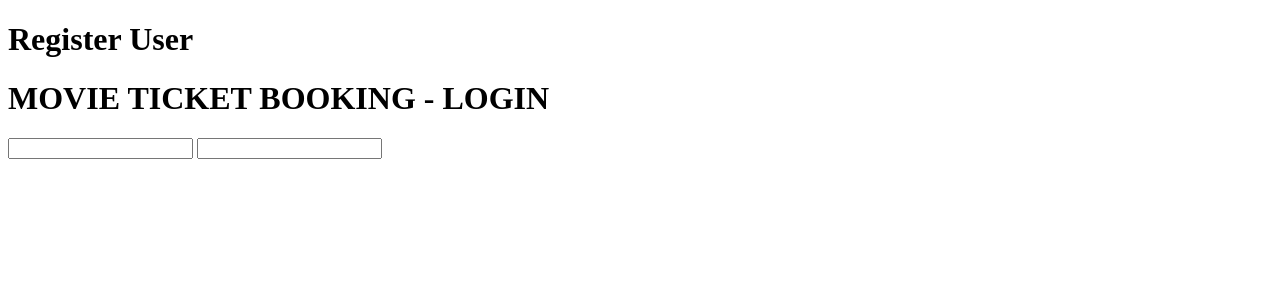
Repository: satishkumarms/WorkSpace
Page: http://localhost/MovieTicketBooking/register.jsp
The author's editor kept a copy of each file at every save. The page is drawn from the files as they stood at one save, then again after the next save.
The browser window is 1280 px wide. The pictures show the whole page.
The page is served by Tomcat 9.

Above is the page before, as saved 2018-07-21 11:20:12.

After the next save:
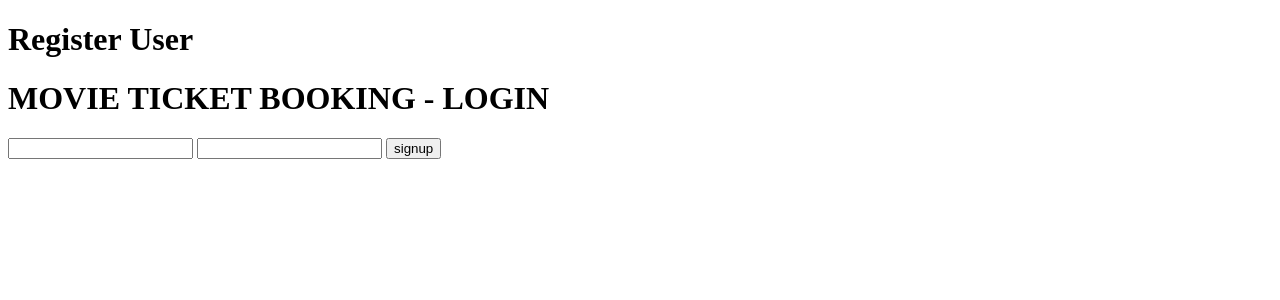
Saved 21 s later.
--- a/MovieTicketBooking/WebContent/register.jsp
+++ b/MovieTicketBooking/WebContent/register.jsp
@@ -32,6 +32,7 @@ function checklogin(valuser) {
 <form action="movieLogin" method ="post">
 <input type="text" name="uname">
 <input type="password" name="password" >
+<input type="submit" value="signup">
 
 </form>
 
